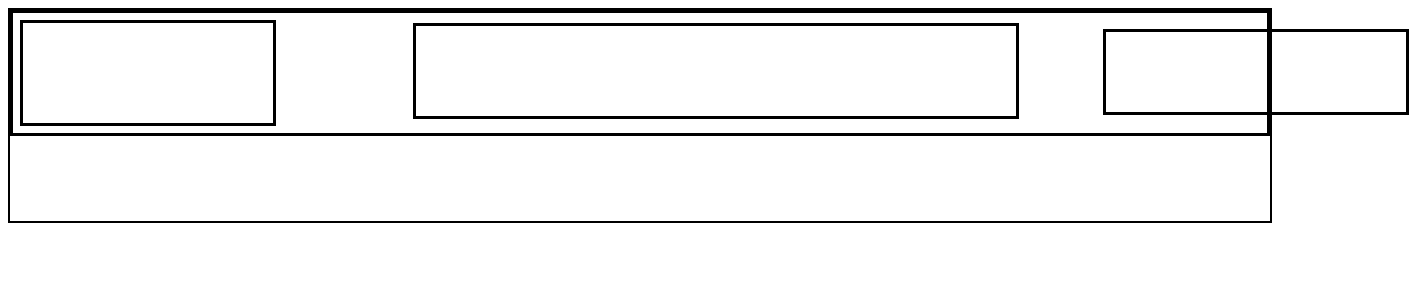
Repository: cartervandekamp/htmlstructure.mdia2003
Page: htmlstructure-psd/index.html
An editor plug-in stored every save of this project. The page is shown before and after the next save, followed by the edit.
The browser window is 1280 px wide. The page is 1409 px wide, so the pictures cover 1409 px, including what lies to the right of the window. The pictures show the whole page.

Above is the page before, as saved 2023-01-16 18:12:04.

### htmlstructure-psd/index.html
<!DOCTYPE html>
<html lang="en">
<head>
    <title>Document</title>
    <link rel="stylesheet" href="style.css">
</head>
<body>
    <div class="toprow">
        <div class="topleft"></div>
        <div class="topmiddle"></div>
        <div class="topright"></div>
    </div>
    <div class="thinbar"></div>
    <div class="secondrow">
        <div class="secondleft"></div>
        <div class="secondmiddle"></div>
        <div class="secondright"></div>
    </div>
    <div class="middlecontent">
        <div class="middleleftone">
            <div class="titletextone"></div>
            <div class="bodytextone"></div>
            <div class="footerone"></div>
        </div>
        <div class="middlelefttwo">
            <div class="titletexttwo"></div>
            <div class="bodytexttwo"></div>
            <div class="footertwo"></div>
        </div>
    </div>
    <div class="middlerightone"></div>
    <div class="middlerighttwo"></div>
    <div class="middlerightthree"></div>
    <div class="middletextfour"></div>
<div class="footer">
    <div class="footertitle"></div>
    <div class="footercontent">
        <div class="footercontentone"></div>
        <div class="footercontenttwo"></div>
        <div class="footercontentthree"></div>
        <div class="footercontentfour"></div>
    </div>
    <div class="footerbottom"></div>
</div>

</body>
</html>

### htmlstructure-psd/style.css
body {
    border-style: solid;
    border-color: black;
    border-width: 2px;
}

.toprow {
    height: 120px;
    border-style: solid;
    border-color: black;
}

.topleft {
    height: 100px;
    width: 250px;
    margin: 7px;
    border-style: solid;
    border-color: black;
}

.topmiddle {
    height: 90px;
    width: 600px;
    border-style: solid;
    border-color: black;
    align-items: center;
    margin-left: 400px;
    margin-top: -110px;
}

.topright {
    height: 80px;
    width: 300px;
    border-style: solid;
    border-color: black;
    align-items: center;
    margin-left: 1090px;
    margin-top: -90px;
}

.thinbar {
    height: 65px;

    border-color: black;
    padding: 10px;
}

After the next save:
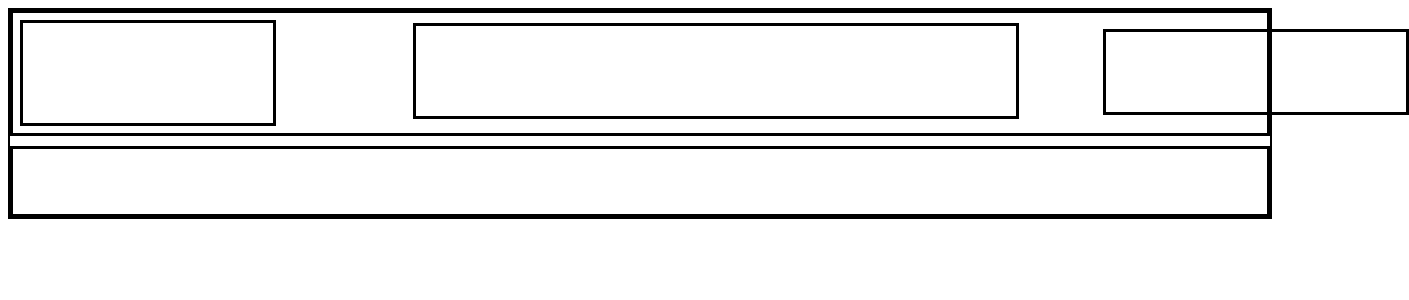
Saved 9 s later.
--- a/htmlstructure-psd/style.css
+++ b/htmlstructure-psd/style.css
@@ -40,7 +40,7 @@ body {
 
 .thinbar {
     height: 65px;
-
+    border-style: solid;
     border-color: black;
-    padding: 10px;
+    margin-top:  10px;
 }
